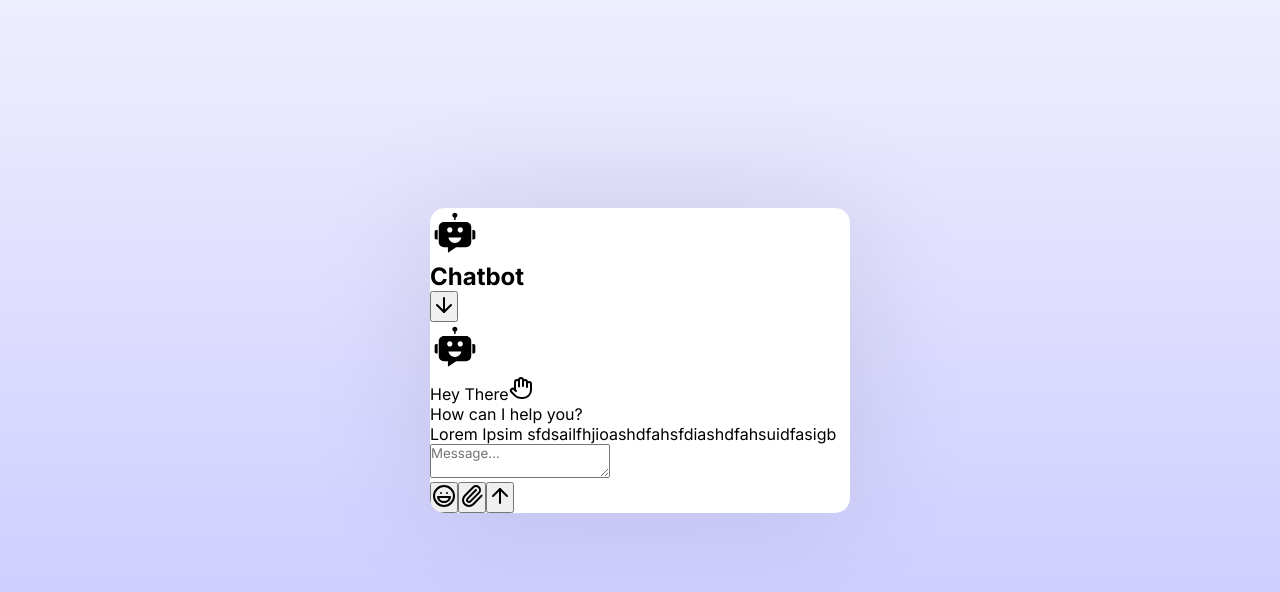
Repository: guilhermecardoso93/ai-bot
Page: /
The author's editor kept a copy of each file at every save. The page is drawn from the files as they stood at one save, then again after the next save.
The browser window is 1280 px wide. The pictures show the whole page.
The project was rebuilt for these pictures with package versions that can differ from the ones it lists, and the page was loaded fresh each time. Also part of the build but not shown: vite.config.js.

Above is the page before, as saved 2024-11-11 20:15:38.

### index.html
<!doctype html>
<html lang="en">

<head>
    <meta charset="UTF-8" />
    <link rel="icon" type="image/svg+xml" href="/vite.svg" />
    <link rel="preconnect" href="https://fonts.googleapis.com">
    <link rel="preconnect" href="https://fonts.gstatic.com" crossorigin>
    <link href="https://fonts.googleapis.com/css2?family=Inter:ital,opsz,wght@0,14..32,100..900;1,14..32,100..900&family=Outfit:wght@100..900&display=swap" rel="stylesheet">
    <meta name="viewport" content="width=device-width, initial-scale=1.0" />
    <title>Ai ChatBot</title>
</head>

<body>
    <div id="root"></div>
    <script type="module" src="/src/main.jsx"></script>
</body>

</html>

### src/index.css
:root {
  font-synthesis: none;
  text-rendering: optimizeLegibility;
  -webkit-font-smoothing: antialiased;
  -moz-osx-font-smoothing: grayscale;
}

* {
  padding: 0;
  margin: 0;
  box-sizing: border-box;
  font-family: "Inter", serif;
  font-optical-sizing: auto;
  font-style: normal;
}

body {
  display: flex;
  align-items: center;
  justify-content: center;
  min-height: 100vh;
  background: linear-gradient(#eeeeff, #c8c7ff);
}

.chatbot-popup {
  width: 420px;
  background: #ffff;
  overflow: hidden;
  border-radius: 15px;
  box-shadow: 0 0 128px rgba(0,0,0, 0.1);
}

### src/App.jsx
import { Main } from "./components/Main";

export function App() {
  return (
    <>
      <Main />
    </>
  );
}

### src/components/Main.jsx
import { Hand, ArrowDown, Laugh, Paperclip, ArrowUp } from "lucide-react";
import Logo from "../assets/logo.svg";

export function Main() {
  return (
    <div className="chatbot-popup">
      {/* Header */}
      <div className="chat-header">
        <div className="header-info">
          <img src={Logo} alt="" />
          <h2 className="logo-text">Chatbot</h2>
        </div>
        <button className="material-symbols-rounded">
          <ArrowDown />
        </button>
      </div>

      {/* Body */}
      <div className="chat-body">
        <div className="message bot-message">
          <div className="message-text">
            <img src={Logo} alt="" />
            <p className="message-text">
              Hey There
              <Hand />
            </p>
            <p>How can I help you?</p>
          </div>
          <div className="message-user">
            <p className="message-text">
              Lorem Ipsim sfdsailfhjioashdfahsfdiashdfahsuidfasigb
            </p>
          </div>
        </div>
      </div>

      {/* Footer */}
      <div className="chat-footer">
        <form action="" className="chat-form">
          <textarea
            placeholder="Message..."
            className="message-input"
          ></textarea>
          <div className="chat-controls">
            <button type='button'className="material-symbols-rounded">
              <Laugh />
            </button>
            <button type='button'className="material-symbols-rounded">
              <Paperclip />
            </button>
            <button type='button'className="material-symbols-rounded">
              <ArrowUp />
            </button>
          </div>
        </form>
      </div>
    </div>
  );
}

Loaded but not shown: src/main.jsx (common file)

After the next save:
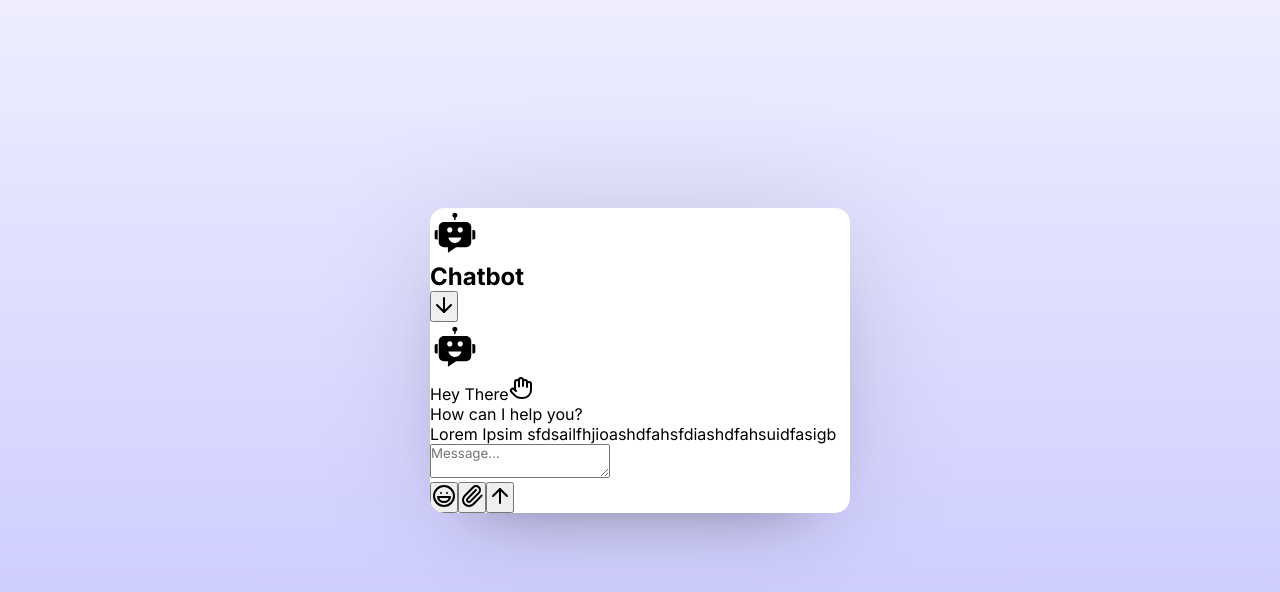
Saved 20 s later.
--- a/src/index.css
+++ b/src/index.css
@@ -27,5 +27,5 @@ body {
   background: #ffff;
   overflow: hidden;
   border-radius: 15px;
-  box-shadow: 0 0 128px rgba(0,0,0, 0.1);
+  box-shadow: 0 0 128px rgba(0, 0, 0, 0.1), 0 32px 64px -48px rgba(0, 0,0, 0.5);
 }
